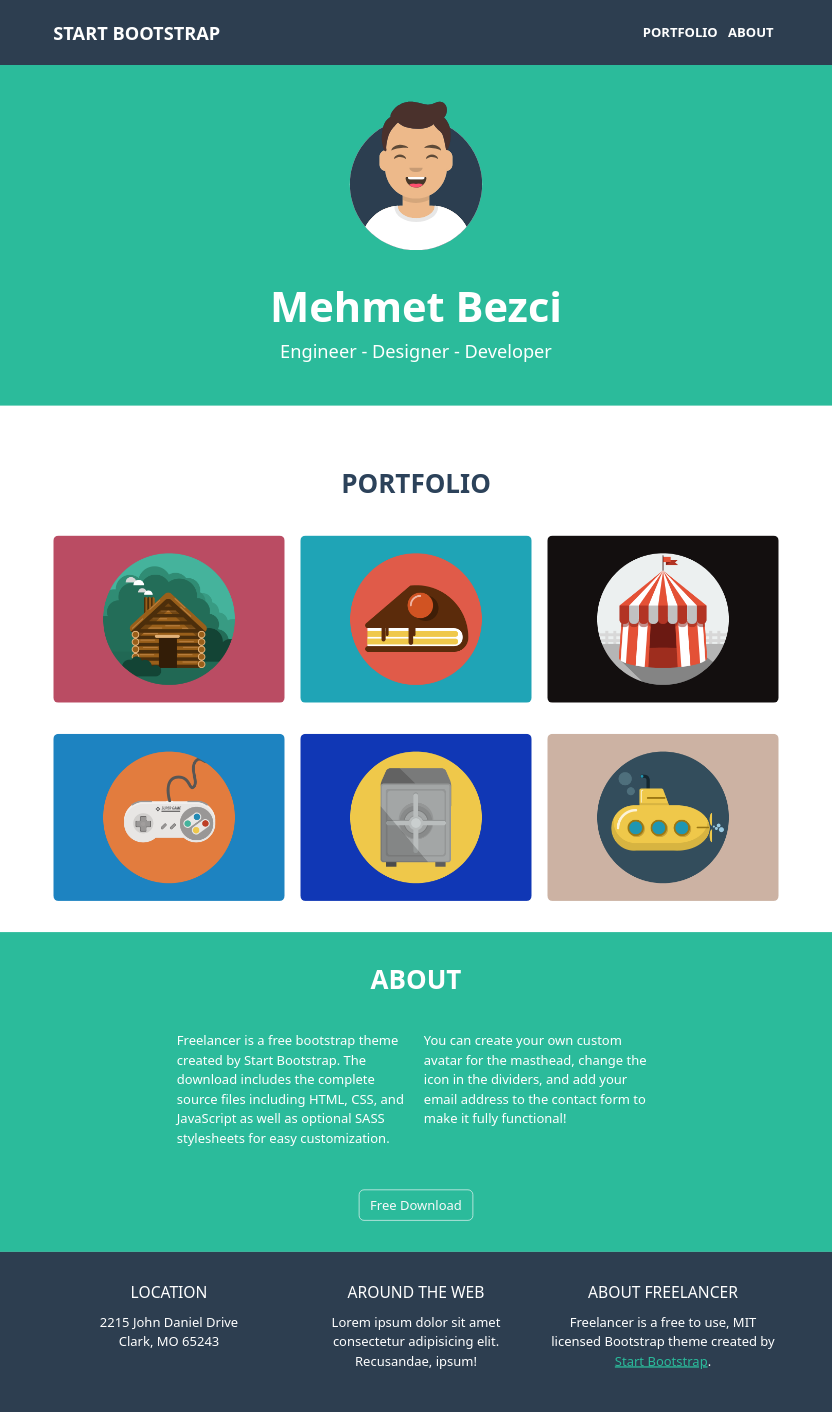
Repository: 7JaxeN7/WT-1255P-Mehmet_BEZC-
Page: index.html
An editor plug-in stored every save of this project. The page is shown before and after the next save, followed by the edit.
The browser window is 1280 px wide. The pictures show the whole page, at 65% of full size.
The pointer rests on the first visible `a`.

Above is the page before, as saved 2025-01-07 00:47:54.

After the next save:
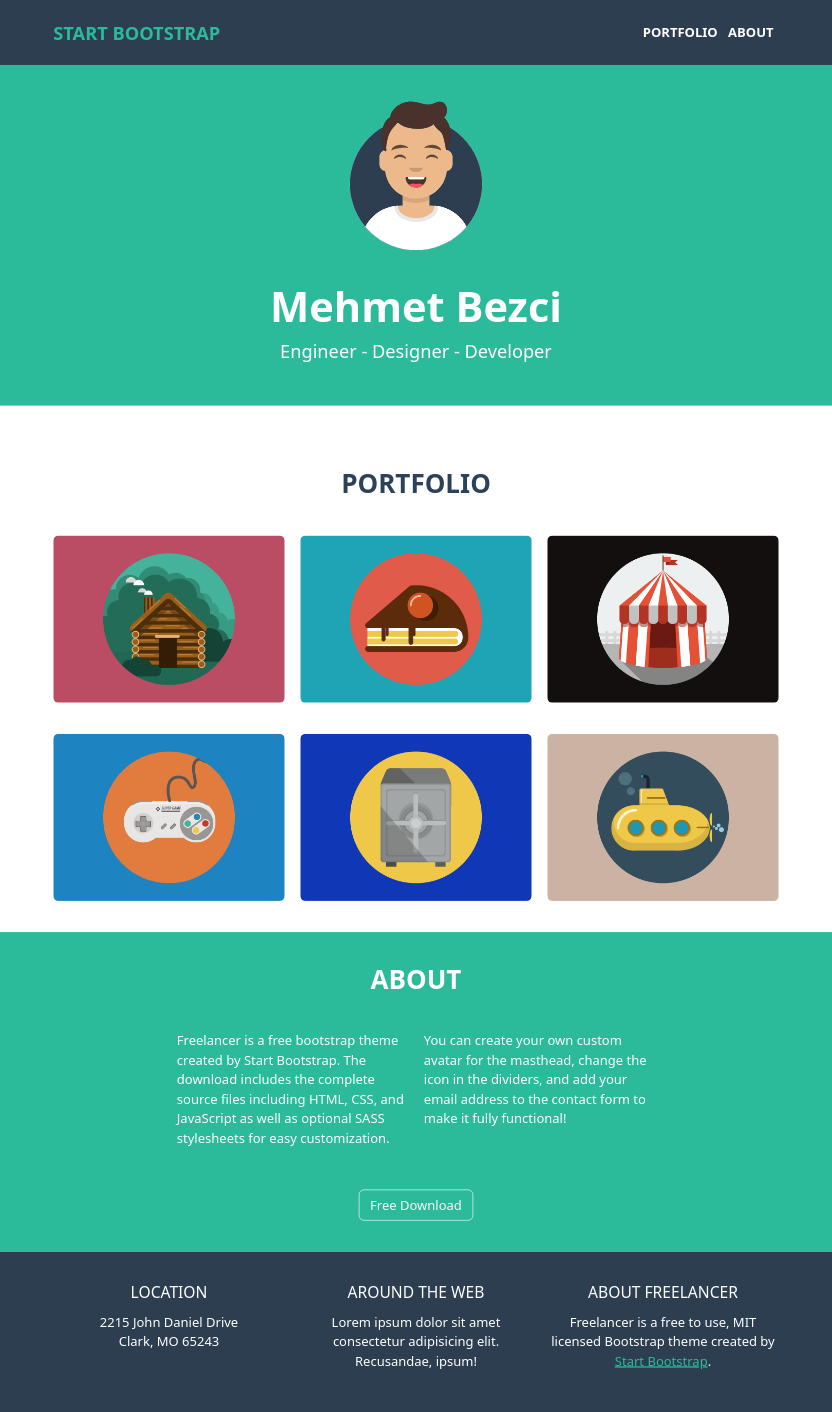
Saved 117 s later.
--- a/style.css
+++ b/style.css
@@ -19,3 +19,6 @@
 .footer-link{
     color: #2bbb9b ;
 }
+a:hover{
+    color:#2bbb9b !important;
+}

After the save that followed:
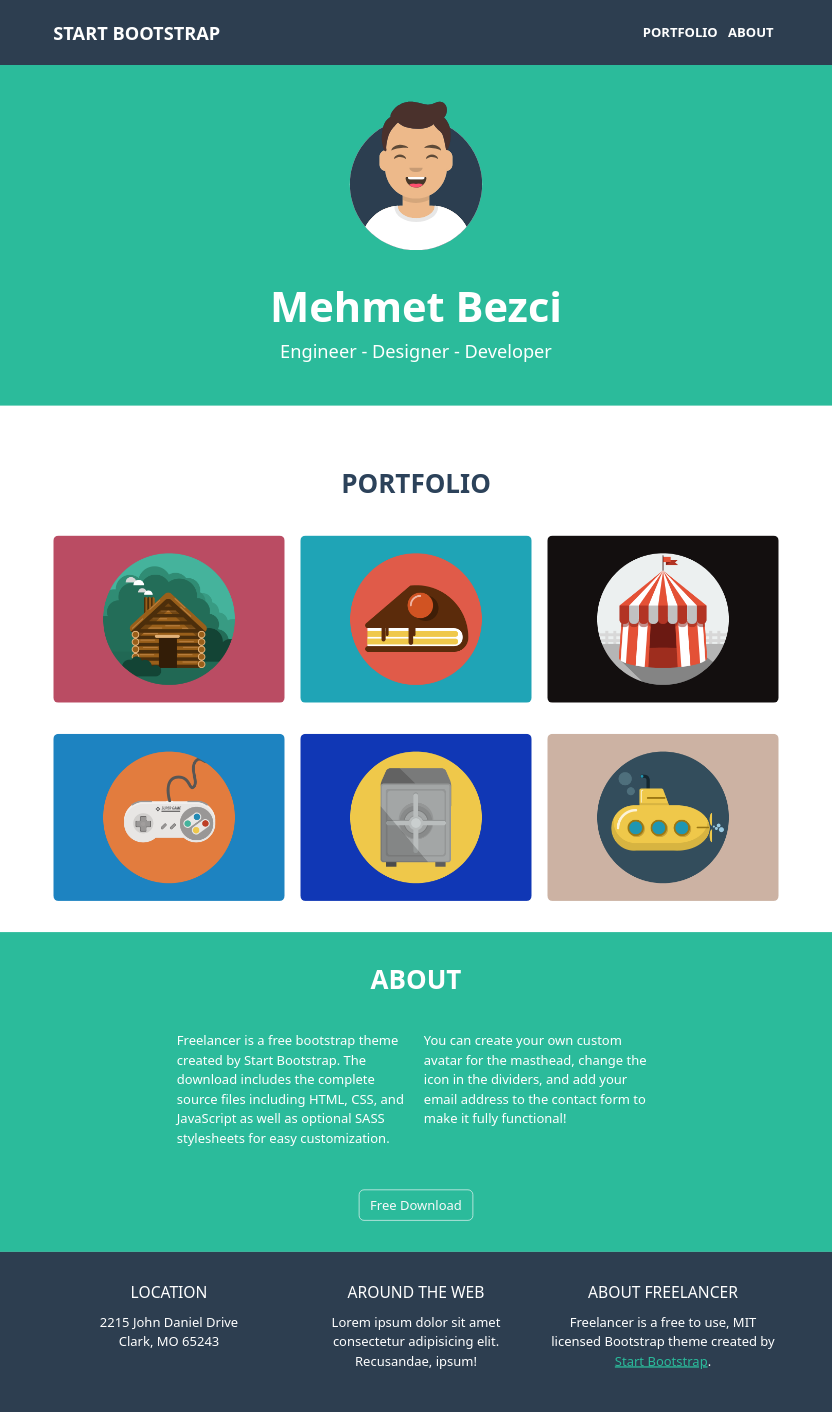
Saved 117 s later.
--- a/style.css
+++ b/style.css
@@ -19,6 +19,6 @@
 .footer-link{
     color: #2bbb9b ;
 }
-a:hover{
+a.nav-link:hover{
     color:#2bbb9b !important;
 }
